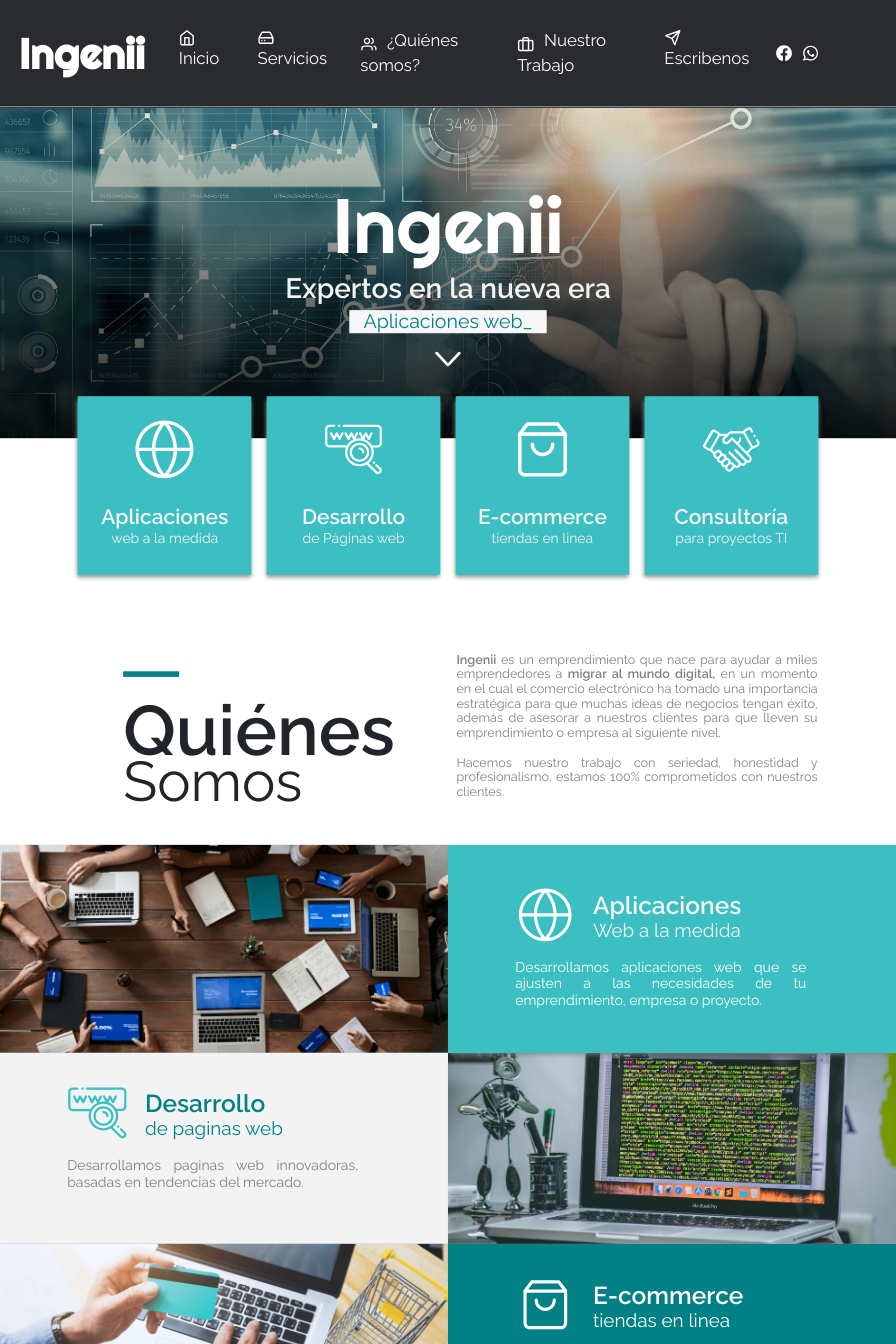
Repository: mariomr87/testwebpage
Page: index.html
The author's editor kept a copy of each file at every save. The page is drawn from the files as they stood at one save, then again after the next save.
The browser window is 1280 px wide. The pictures show the part of the page from y = 0 to 1920 px (the page is 3610 px tall before and 3597 px after), at 70% of full size.
Some web libraries are served in a nearby version.

Above is the page before, as saved 2021-10-18 20:06:11.

After the next save:
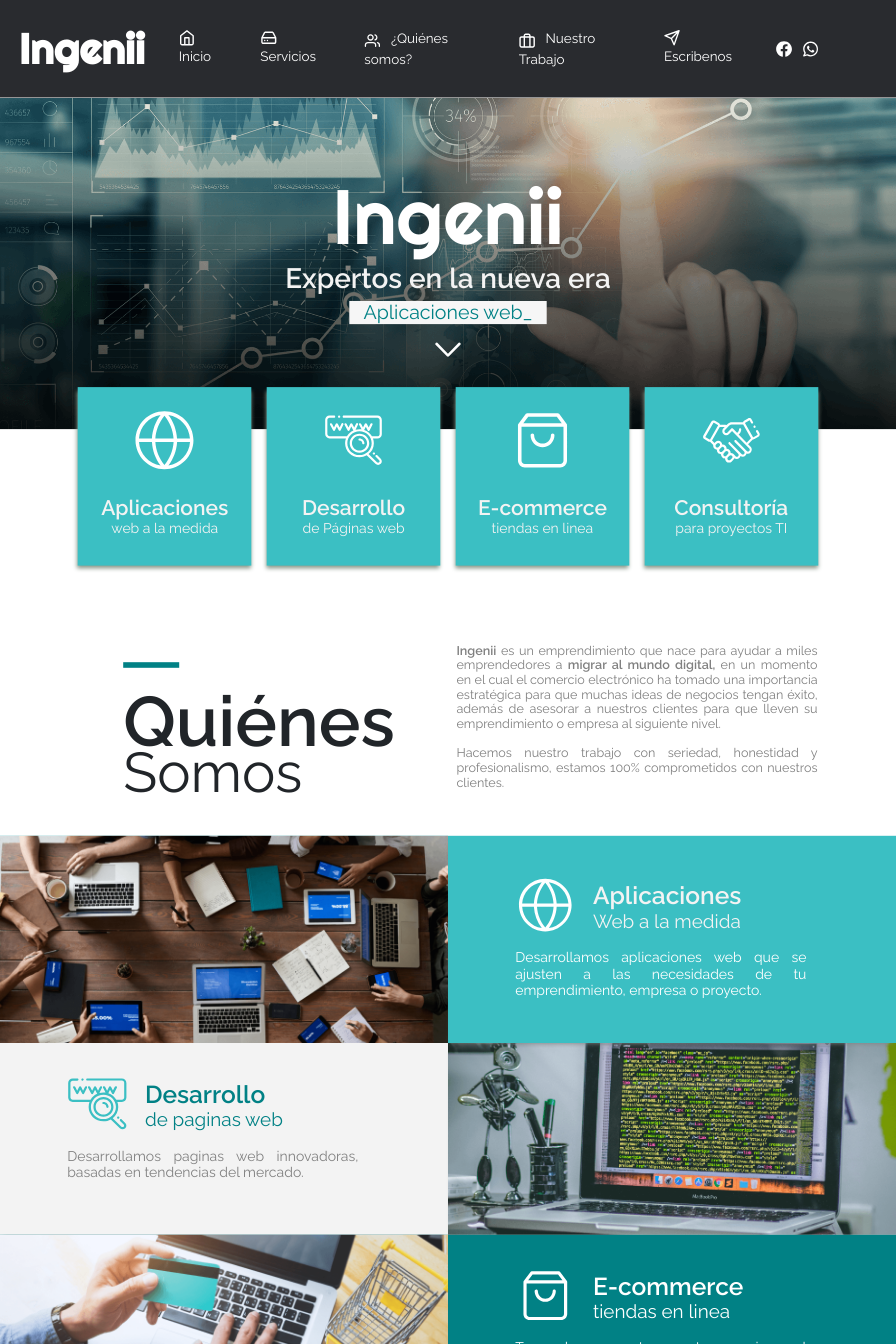
Saved 71 s later.
--- a/style.css
+++ b/style.css
@@ -32,7 +32,7 @@ body{
 }
 
 .menu-texto-opc{
-	font-size: 1.5em;
+	font-size: 1.2em;
 	color: white;
 
 }
